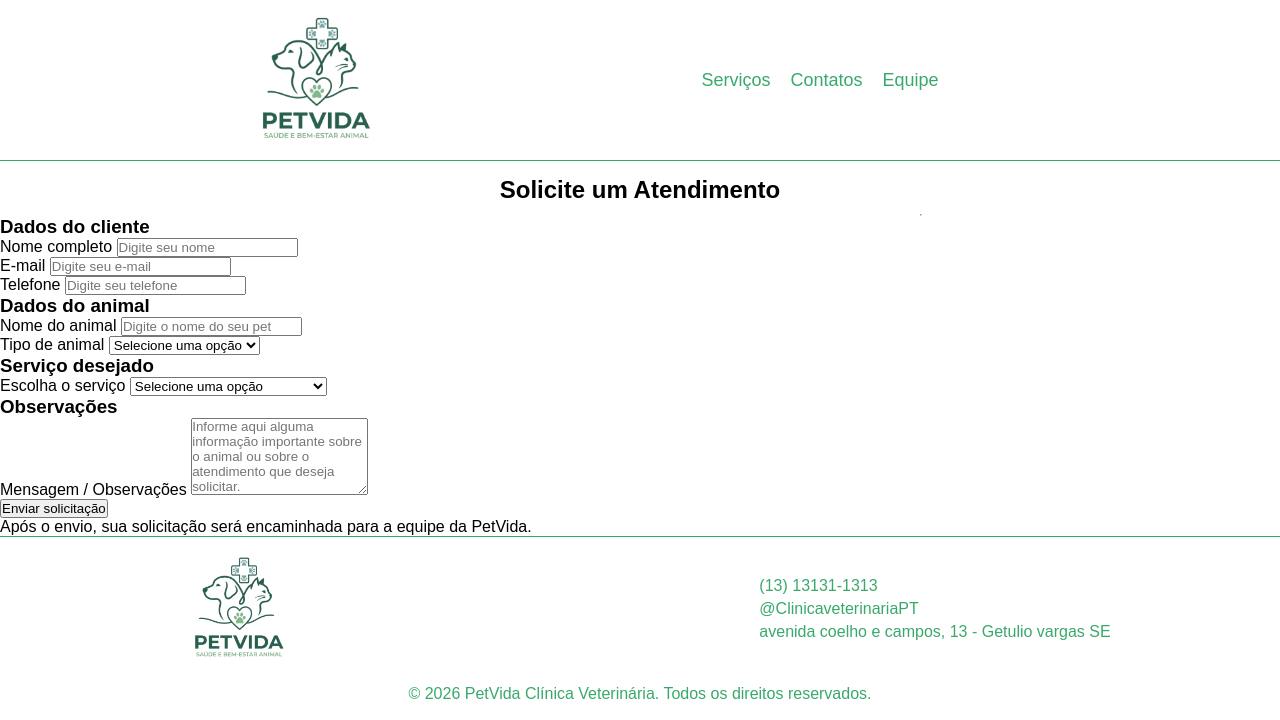
Repository: antonymsantana-design/Veterinario
Page: contatos.html
The author's editor kept a copy of each file at every save. The page is drawn from the files as they stood at one save, then again after a run of saves.
The browser window is 1280 px wide. The pictures show the whole page.

Above is the page before, as saved 2026-10-03 18:53:40.

### contatos.html
<!doctype html>
<html lang="pt-br">
  <head>
    <meta charset="UTF-8" />
    <meta name="viewport" content="width=device-width, initial-scale=1.0" />
    <title>Cebola Hair</title>
    <link rel="stylesheet" href="style.css" />
    <script src="script3.js" defer></script>
  </head>
  <header>
    <div class="conteudoH" id="conteudoH">
      <div class="imagem" id="imagem">
        <img src="image/logo.png" alt="logo" class="logoIMG" id="logoIMG" />
      </div>
      <div class="direitaH">
        <div class="links" id="links">
          <a href="serviços.html" class="aLinks" id="servA">Serviços</a>
          <a href="CONTATOS.HTML" class="aLinks" id="contatosA">Contatos</a>
          <a href="Team.html" class="aLinks" id="contatosA">Equipe</a>
        </div>
      </div>
    </div>
  </header>

  <body>
    <h2 class="Our" id="servicosT">Solicite um Atendimento</h2>
    <hr />

    <form
      action="https://formsubmit.co/antony.m.santana@aluno.senai.br"
      method="POST"
    >
      <input type="hidden" name="_subject" value="Nova solicitação - PetVida" />
      <input type="hidden" name="_template" value="table" />

      <h3>Dados do cliente</h3>

      <div class="campo">
        <label for="nome">Nome completo</label>
        <input
          type="text"
          name="nome"
          id="nome"
          placeholder="Digite seu nome"
          required
        />
      </div>

      <div class="campo">
        <label for="email">E-mail</label>
        <input
          type="email"
          name="email"
          id="email"
          placeholder="Digite seu e-mail"
          required
        />
      </div>

      <div class="campo">
        <label for="telefone">Telefone</label>
        <input
          type="tel"
          name="telefone"
          id="telefone"
          placeholder="Digite seu telefone"
          required
        />
      </div>

      <h3>Dados do animal</h3>

      <div class="campo">
        <label for="animal">Nome do animal</label>
        <input
          type="text"
          name="animal"
          id="animal"
          placeholder="Digite o nome do seu pet"
          required
        />
      </div>

      <div class="campo">
        <label for="tipo">Tipo de animal</label>

        <select name="tipo_animal" id="tipo" required>
          <option value="">Selecione uma opção</option>
          <option value="Cachorro">Cachorro</option>
          <option value="Gato">Gato</option>
          <option value="Outro">Outro</option>
        </select>
      </div>

      <h3>Serviço desejado</h3>

      <div class="campo">
        <label for="servico">Escolha o serviço</label>

        <select name="servico" id="servico" required>
          <option value="">Selecione uma opção</option>
          <option value="Consulta veterinária">Consulta veterinária</option>
          <option value="Vacinação">Vacinação</option>
          <option value="Banho e tosa">Banho e tosa</option>
          <option value="Exames laboratoriais">Exames laboratoriais</option>
          <option value="Atendimento de emergência">
            Atendimento de emergência
          </option>
          <option value="Acompanhamento veterinário">
            Acompanhamento veterinário
          </option>
        </select>
      </div>

      <h3>Observações</h3>

      <div class="campo">
        <label for="mensagem">Mensagem / Observações</label>

        <textarea
          name="mensagem"
          id="mensagem"
          rows="5"
          placeholder="Informe aqui alguma informação importante sobre o animal ou sobre o atendimento que deseja solicitar."
        ></textarea>
      </div>

      <input
        type="hidden"
        name="_next"
        value="http://127.0.0.1:5500/sucsses.html"
      />

      <button type="submit" class="buto">Enviar solicitação</button>

      <p class="texto-form">
        Após o envio, sua solicitação será encaminhada para a equipe da PetVida.
      </p>
    </form>
  </body>
  <footer id="footer">
    <div class="cimaF">
      <div class="direita">
        <img src="image/logo.png" alt="logo" class="logoIMGF" id="logoIMG" />
      </div>

      <div class="esquerda">
        <p>(13) 13131-1313</p>
        <p>@ClinicaveterinariaPT</p>
        <p>avenida coelho e campos, 13 - Getulio vargas SE</p>
      </div>
    </div>
    <div class="baixoF">
      <p>© 2026 PetVida Clínica Veterinária. Todos os direitos reservados.</p>
    </div>
  </footer>
</html>

### style.css
* {
    padding: 0px;
    margin: 0px;
    font-family: Arial, Helvetica, sans-serif;
}

header {
    background-color: #FFFFFF;
    height: 160px;
    display: flex;
    justify-content: center;
    align-items: center;
    border-bottom: 1px solid #39A96B;
}

.conteudoH {
    display: flex;
    justify-content: center;
    align-items: center;
    gap: 300px;
}

.imagem {
    margin-left: 20px;
    margin-top: 5px;
    display: flex;
    justify-content: center;
    align-items: center;
    gap: 30px;
    font-weight: 600;
    font-size: 22px;
}

.logoIMG {
    width: 170px;
    margin-bottom: 10px;
    cursor: pointer;
}

.logoH {
    color: white;

}

.links {
    display: flex;
    gap: 20px;
    justify-content: center;
    padding-right: 130px;
    font-size: 18px;
}

.links a {
    text-decoration: none;
    color: #39A96B;
    transition: 0.5s ease;
}

.aLinks:hover {
    transform: translateY(-5px);
    box-shadow: 0 4px 10px rgba(0, 0, 0, 0.15);
    background-color: #39A96B;
    color: #F5F5F5;
    border-radius: 5px;
    width: 120px;
    height: 30px;
    display: flex;
    justify-content: center;
    align-items: center;
}

.btnDiv {
    display: flex;
}

.btn {
    display: flex;
    justify-content: center;
    width: 140px;
    height: 50px;
    background-color: #22C55E;
    border: none;
    color: white;
    align-items: center;
    border-radius: 8px;
    transition: 0.3s ease;
    cursor: pointer;
    font-size: 14px;
}

.btn:hover {
    transform: translateY(-5px);
    box-shadow: 0 8px 15px rgba(0, 0, 0, 0.4);
}

.direitaH {
    display: flex;
    justify-content: center;
    align-items: center;
}

.conteudo {
    background-image: url(image/Cuidando\ de\ Quem\ Amamos.png);
    background-repeat: no-repeat;
    background-size: cover;
    background-position: center;
    height: 80vh;
    color: white;
}

.card {
    background-color: #FDEEC7;
    width: 270px;
    height: 220px;
    display: flex;
    flex-direction: column;
    justify-content: center;
    align-items: center;
    border-radius: 5px;
}

.cards {
    display: flex;
    justify-content: center;
    gap: 40px;
    padding-top: 20px;
    padding-bottom: 20px;
}

.card h4 {
    color: #22C55E;
}

.icone {
    width: 120px;
    height: 120px;
    padding-bottom: 10px;
}

.Our {
    padding-top: 15px;
    text-align: center;
    padding-bottom: 10px;
}

hr {
    color: #22C55E;
    text-align: center;
    margin-left: 920px;
    margin-right: 920px;
}

.agendar {
    display: flex;
    justify-content: space-around;
    align-items: center;
    padding-bottom: 20px;
}

.form {
    background-color: #ECF2F7;
    width: 600px;
    height: 300px;
    border-radius: 7px;
    display: flex;
    justify-content: center;
    flex-direction: column;
}

.formCima {
    padding-top: 20px;
    display: flex;
    justify-content: center;
    align-items: center;
    flex-direction: column;
}

.quadrado {
    display: grid;
    justify-content: center;
    grid-template-columns: repeat(2, 200px);
    gap: 30px;
    column-gap: 70px;
    margin-right: 40px;
}

.esq {
    font-size: 25px;
}

footer {
    display: flex;
    justify-content: center;
    align-items: center;
    flex-direction: column;
    background-color: #FFFFFF;
    color: #39A96B;
    border-top: 1px solid #39A96B;
}

.AbH2 {
    padding-left: 20px;
    padding-right: 20px;
    padding-bottom: 10px;
    padding-top: 10px;
    text-align: center;
}

.AbH3 {
    padding-left: 20px;
    padding-right: 20px;
    padding-bottom: 10px;
    padding-top: 10px;
    text-align: center;
    margin-left: 425px;
    margin-right: 425px;
}

.topc {
    display: flex;
    justify-content: center;
    align-items: center;
    flex-direction: column;
    text-align: center;
    max-width: 350px;
}

.topics {
    display: flex;
    justify-content: center;
    gap: 100px;
    padding-bottom: 25px;
}

.topcIMG {
    width: 290px;
    height: 260px;
    border-radius: 25px;
    cursor: pointer;
    padding-bottom: 10px;
    padding-top: 10px;
}

.topcH {
    padding-bottom: 10px;
}

.cimaF {
    display: flex;
    justify-content: center;
    gap: 450px;
    align-items: center;
    margin-bottom: 4px;
}

.logoIMGF {
    width: 140px;
    cursor: pointer;
}

.esquerda {
    display: flex;
    flex-direction: column;
    gap: 5px;
}

.formu {
    width: 240px;
    height: 30px;
    border-radius: 5px;
    border: none;
}

.forms {
    width: 500px;
    height: 30px;
    border-radius: 5px;
    border: none;
}

.agendarbtn {
    display: flex;
    justify-content: center;
    align-items: center;
    width: 512px;
    height: 40px;
    background-color: #22C55E;
    border: none;
    color: white;
    border-radius: 8px;
    transition: 0.3s ease;
    cursor: pointer;
    margin-top: 15px;
}

.agendarbtn:hover {
    transform: translateY(-5px);
}

.btnAgendar {
    display: flex;
    justify-content: center;
    align-items: center;
}

/*pagina de serviços*/

.primeiro{
    background-color: #F0F9F4;
    width: 300px;
    padding-bottom: 13px;
    margin-left: 20px;
    text-align: center;
    padding-top: 13px;
    flex-wrap: wrap;
    border-radius: 15px;
}

.cards{
    display: grid;
    justify-content: center;
    grid-template-columns: repeat(3, 400px);
    gap: 50px;
    padding-bottom: 15px;

}
.cards .primeiro img{
    width: 250px;
    height: 250px;
    border-radius: 15px;
}
h1{
    text-align: center;
    margin-top: 20px;
    margin-bottom: 20px;
}
.texto{

    color: #3C2415;
}
.preco{
    color: #e4c8a4;
}

form

/* celular */

@media (max-width: 768px) {

    /* header */
    header {
        height: auto;
        padding: 10px 0;
    }

    .conteudoH {
        flex-direction: column;
        padding-right: 0;
        gap: 15px;
    }

    .imagem {
        margin-left: 0;
        margin-top: 0;
        gap: 10px;
    }

    .logoIMG {
        width: 80px;
        height: 80px;
    }

    .logoH {
        font-size: 20px;
    }

    .direitaH {
        flex-direction: column;
        gap: 15px;
    }

    .links {
        padding-right: 0;
        font-size: 16px;
    }


    .conteudo {
        height: 400px;
    }

    .texto {
        padding-left: 25px;
        padding-right: 25px;
        height: 400px;
        font-size: 25px;
    }

    .texto small {
        font-size: 14px;
    }


    .Our {
        font-size: 25px;
    }

    hr {
        margin-left: 30%;
        margin-right: 30%;
    }

    .cards {
        flex-direction: column;
        align-items: center;
        gap: 20px;
    }

    .card {
        width: 80%;
        max-width: 270px;
    }


    .agendar {
        flex-direction: column;
        gap: 30px;
        padding: 30px 20px;
    }

    .esq {
        font-size: 18px;
        text-align: center;
    }

    .esq h1 {
        font-size: 28px;
    }

    .esq p {
        font-size: 15px;
    }

    .form {
        width: 100%;
        max-width: 600px;
        height: auto;
        padding: 20px 0;
    }

    .forms {
        width: 80%;
    }

    .quadrado {
        grid-template-columns: 1fr;
        gap: 15px;
        margin-right: 0;
    }

    .formu {
        width: 80%;
    }

    .quadrado>div {
        width: 100%;
        text-align: center;
    }

    .quadrado label {
        display: block;
        margin-bottom: 5px;
    }

    .agendarbtn {
        width: 80%;
    }


    footer {
        flex-direction: column;
        gap: 20px;
        padding: 20px;
        text-align: center;
    }

    .esquerda {
        align-items: center;
    }
}

Loaded but not shown: script3.js (no stored copy; drawn as an empty file)

After the next 2 saves:
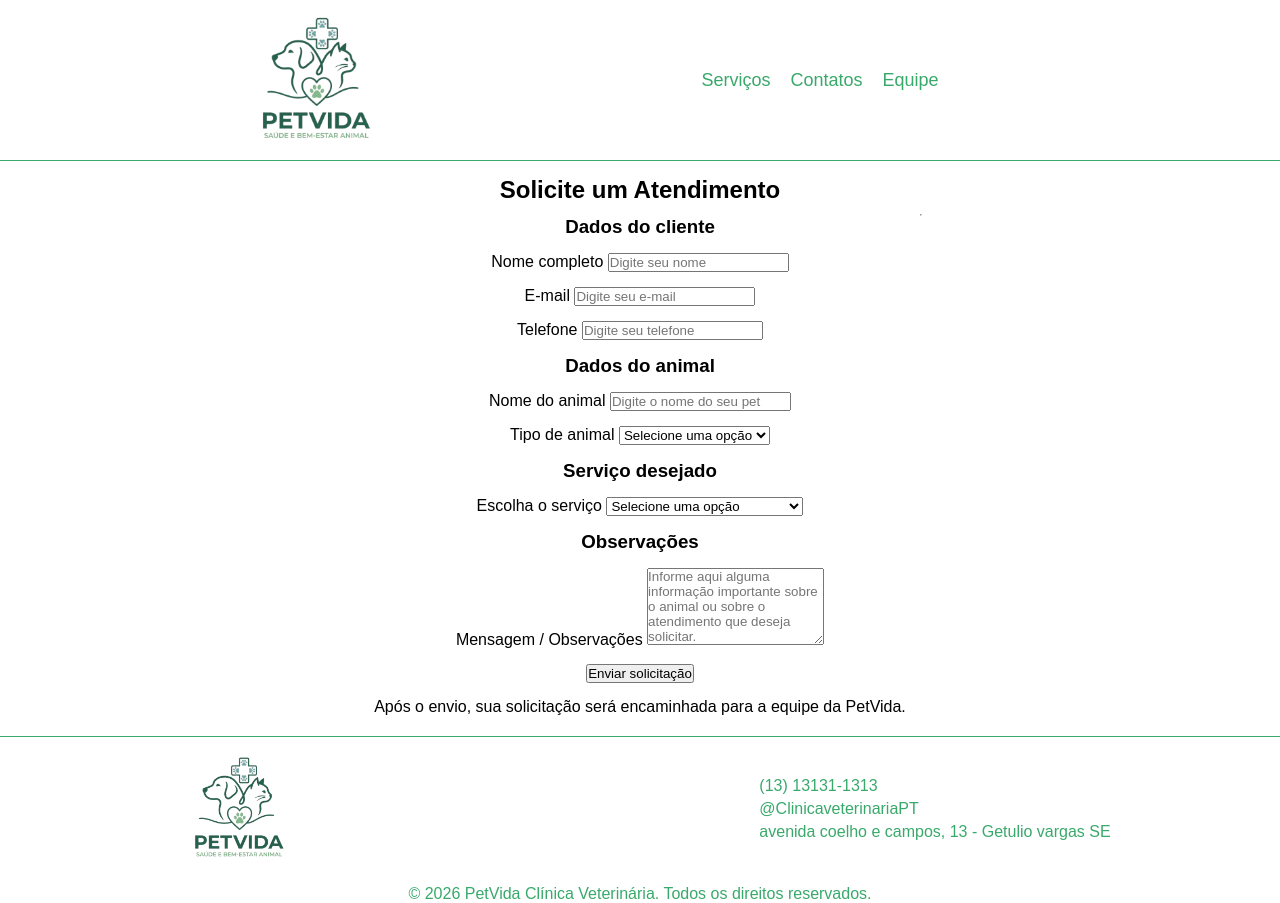
The 2 saves are shown as one change because they came seconds apart.
The last was saved 7 s later.
--- a/style.css
+++ b/style.css
@@ -342,7 +342,14 @@ h1{
     color: #e4c8a4;
 }
 
-form
+form{
+    display: flex;
+    justify-content: center;
+    align-items: center;
+    flex-direction: column;
+    gap: 15px;
+    padding-bottom: 20px;
+}
 
 /* celular */
 
